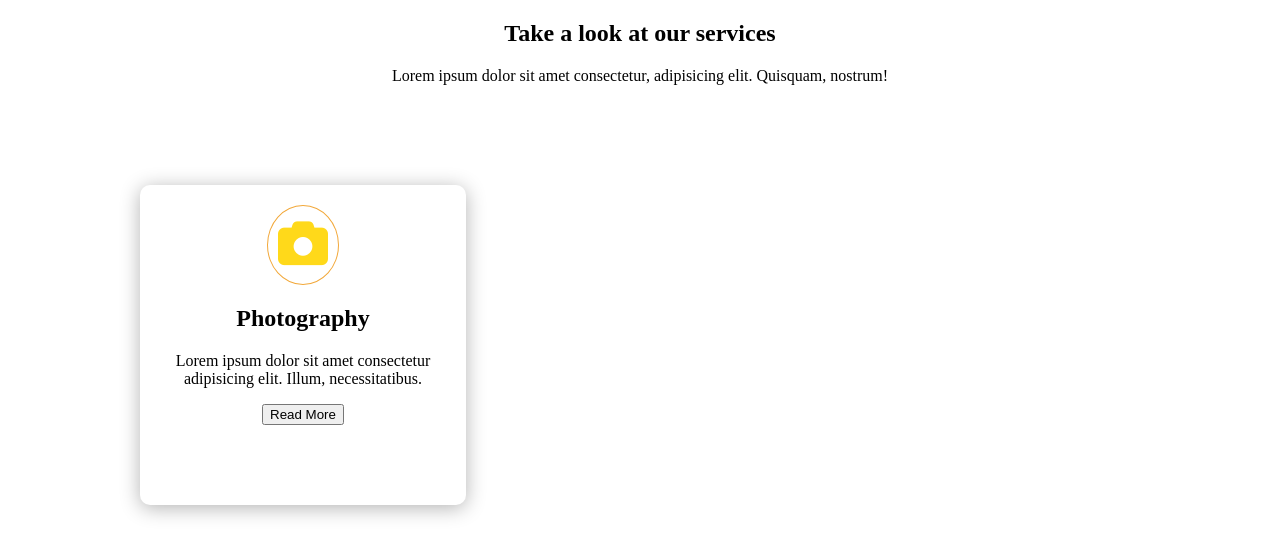
Repository: truongtn04/f8-fullstack-k5
Page: day05/ex03.html
An editor plug-in stored every save of this project. The page is shown before and after the next save, followed by the edit.
The browser window is 1280 px wide. The pictures show the whole page.

Above is the page before, as saved 2023-12-04 11:48:36.

### day05/ex03.html
<!DOCTYPE html>
<html lang="en">
<head>
    <meta charset="UTF-8">
    <meta name="viewport" content="width=device-width, initial-scale=1.0">
    <title>Document</title>
    <link rel="stylesheet" href="https://cdnjs.cloudflare.com/ajax/libs/font-awesome/6.5.1/css/all.min.css" integrity="sha512-DTOQO9RWCH3ppGqcWaEA1BIZOC6xxalwEsw9c2QQeAIftl+Vegovlnee1c9QX4TctnWMn13TZye+giMm8e2LwA==" crossorigin="anonymous" referrerpolicy="no-referrer" />
    <link rel="stylesheet" href="css/ex03.css">
</head>
<body>
    <section>
        <h1>Take a look at our services</h1>
        <p>Lorem ipsum dolor sit amet consectetur, adipisicing elit. Quisquam, nostrum!</p>
        <div class="list-products">
            <div class="item">
                <span><i class="fa-solid fa-camera" style="color: #ffd91a;"></i></span>
                <h2>Photography</h2>
                <p>Lorem ipsum dolor sit amet consectetur adipisicing elit. Illum, necessitatibus.</p>
                <button>Read More</button>
            </div>
        </div>
    </section>
</body>
</html>

### day05/css/ex03.css
section{
    width: 1000px;
    margin: 0 auto;
    text-align: center;
}
.list-products{
    margin-top: 100px;
}
.item{
    width: 300px;
    box-shadow: 0 3px 20px rgba(0, 0, 0, 0.3);
    padding: 10px 13px;
    border-radius: 10px;
    height: 300px;
}
.item span{
    display: inline-block;
    margin-top: 10px;
    padding: 10px;
    border: 1px solid #f2a83a;
    border-radius: 50%;
    font-size: 50px;
}

After the next save:
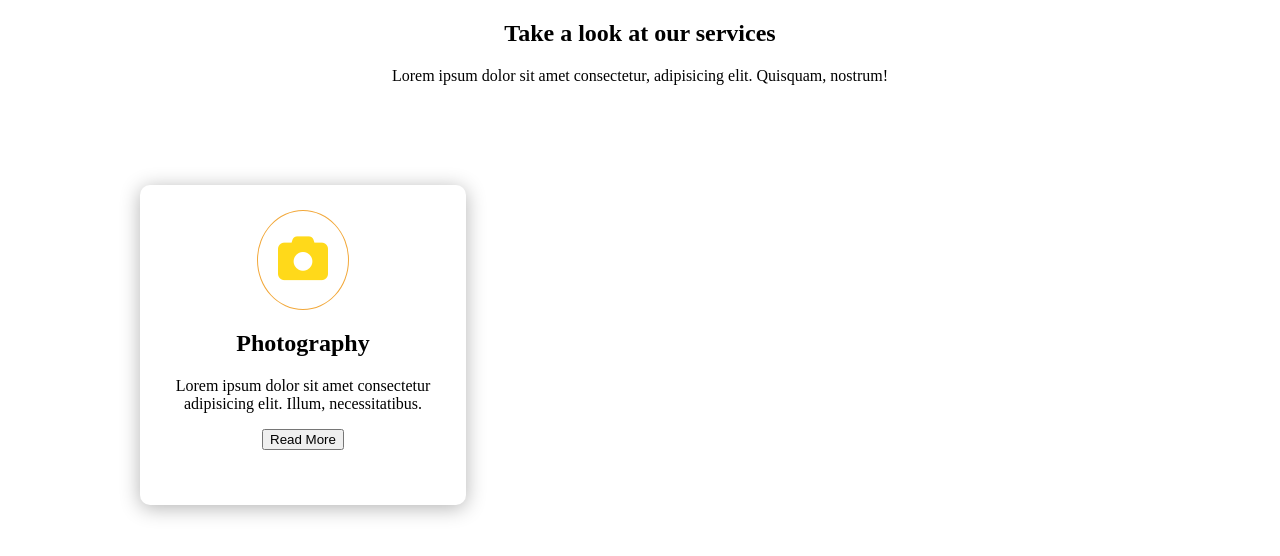
Saved 19 s later.
--- a/day05/css/ex03.css
+++ b/day05/css/ex03.css
@@ -15,8 +15,8 @@ section{
 }
 .item span{
     display: inline-block;
-    margin-top: 10px;
-    padding: 10px;
+    margin-top: 15px;
+    padding: 20px;
     border: 1px solid #f2a83a;
     border-radius: 50%;
     font-size: 50px;
